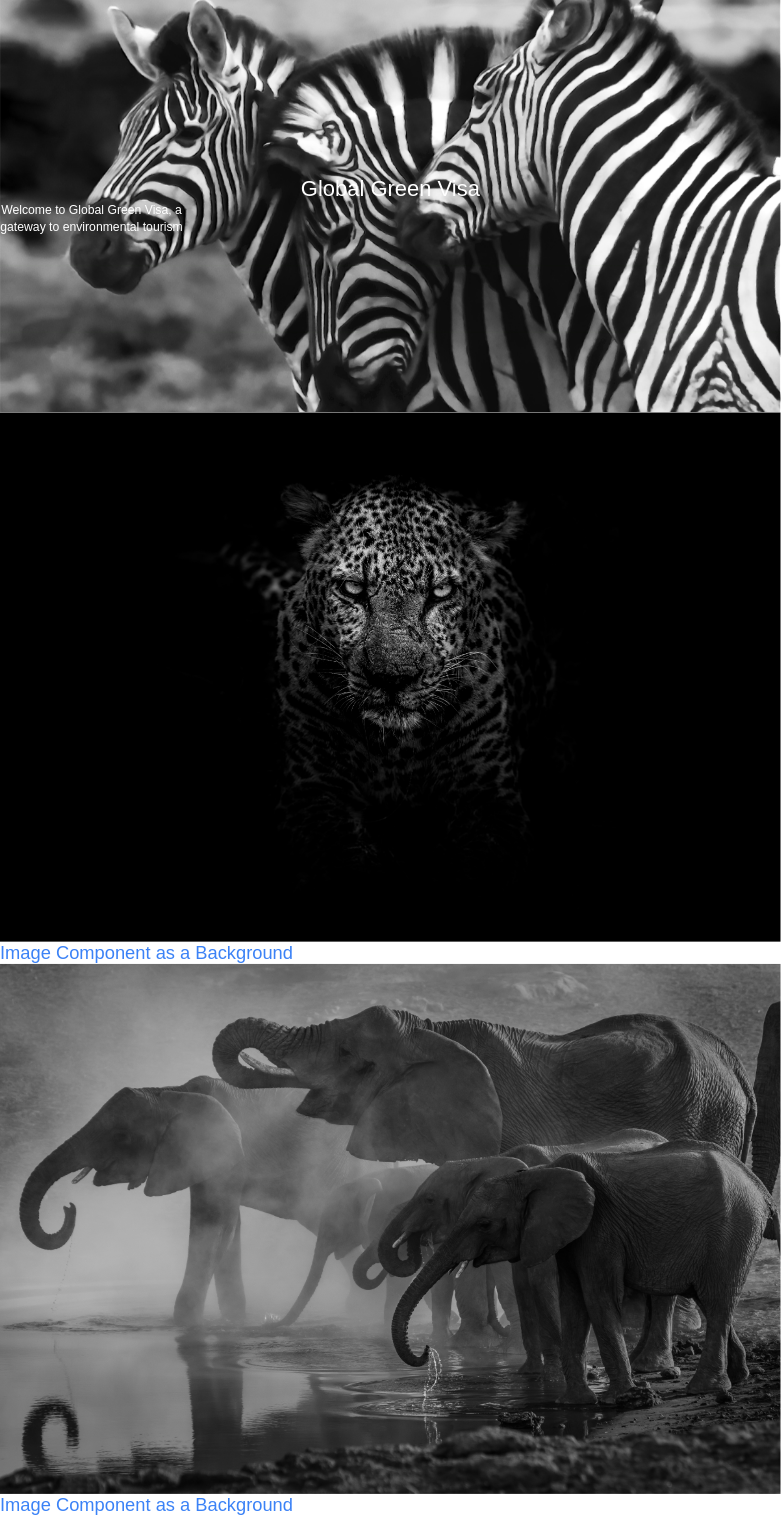
Repository: BrightonMboya/ggv-landingPage
Page: /
These files come from the project's save history. The page is drawn as it stood at one moment and after the next save; the edit follows.
The browser window is 1280 px wide. The pictures show the whole page, at 61% of full size.
The project was rebuilt for these pictures with package versions that can differ from the ones it lists, and the page was loaded fresh each time. The framework's server and built-in components were replaced by stand-ins that run in the browser. Also part of the build but not shown: next.config.js.

Above is the page before, as saved 2022-06-13 20:55:33.

After the next save:
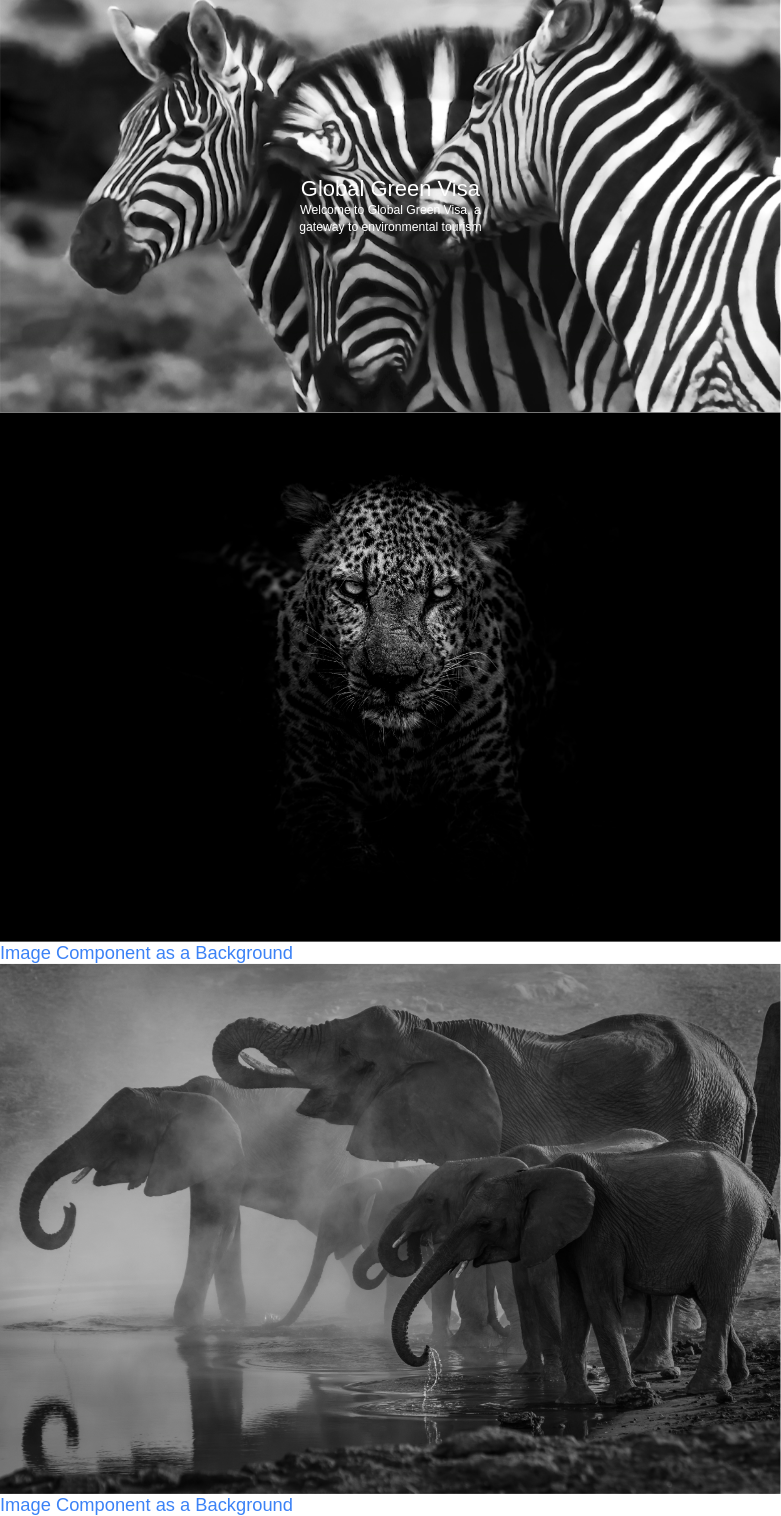
Saved 45 s later.
--- a/styles/Home.module.css
+++ b/styles/Home.module.css
@@ -47,5 +47,8 @@
   top: 50%;
   width: 100%;
   transform: translate(-50%, -50%);
+}
+
+.content p {
   margin: 0 auto;
 }
